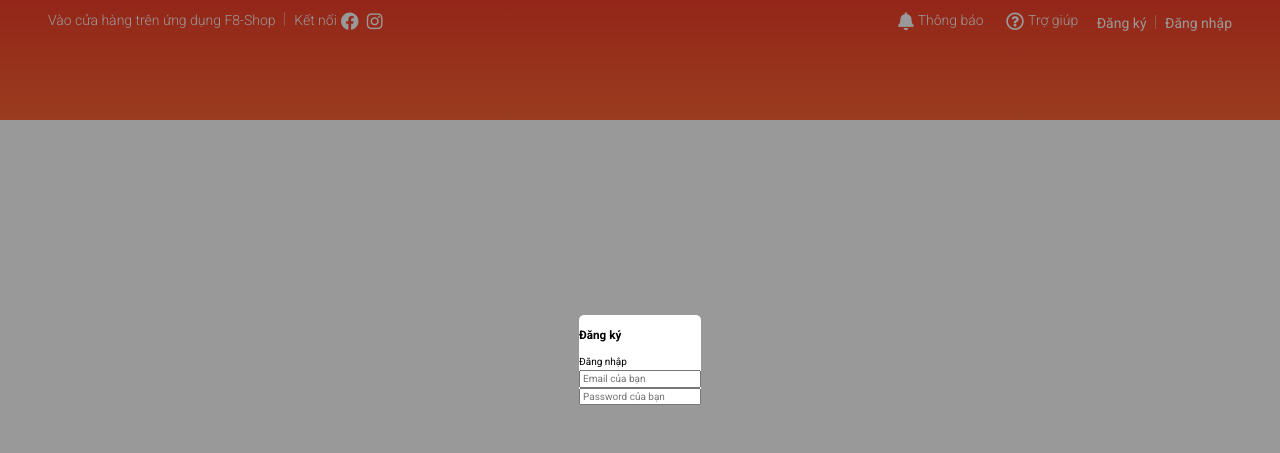
Repository: tvhoangit/tvhoangit.github.io
Page: Shoppe/index.html
An editor plug-in stored every save of this project. The page is shown before and after the next save, followed by the edit.
The browser window is 1280 px wide. The pictures show the whole page.

Above is the page before, as saved 2021-10-17 10:40:35.

After the next save:
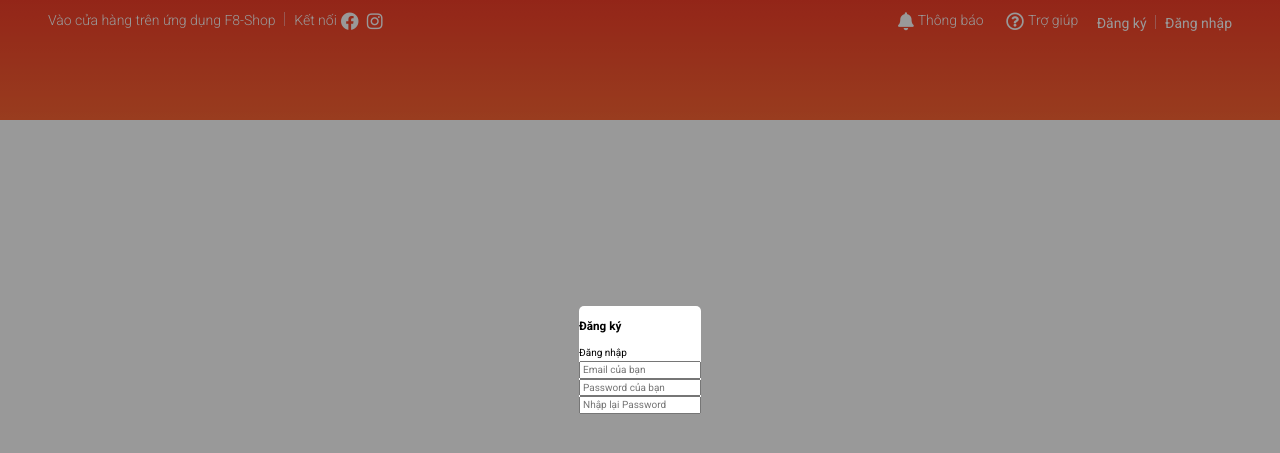
Saved 55 s later.
--- a/Shoppe/index.html
+++ b/Shoppe/index.html
@@ -129,7 +129,10 @@
                             <input type="text" class="auth-form__input" placeholder="Email của bạn">
                         </div>
                         <div class="auth-form__group">
-                            <input type="text" class="auth-form__input" placeholder="Password của bạn">
+                            <input type="password" class="auth-form__input" placeholder="Password của bạn">
+                        </div>
+                        <div class="auth-form__group">
+                            <input type="password" class="auth-form__input" placeholder="Nhập lại Password">
                         </div>
                     </div>
                 </div>
